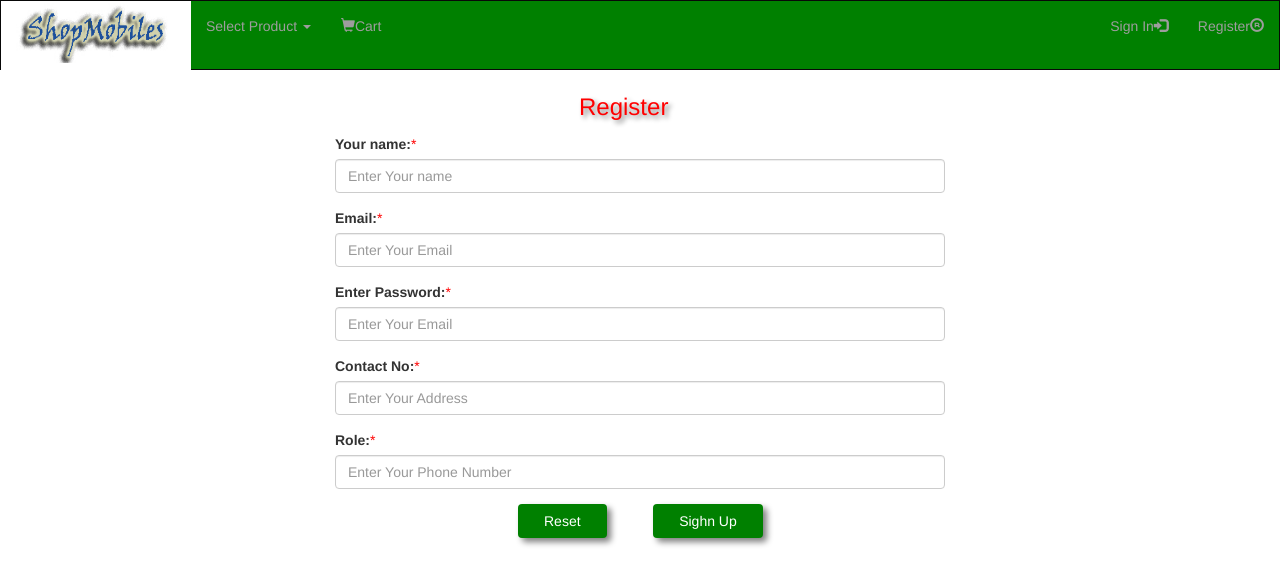
Repository: KoustabhBiswas/Final-Ecommerce-Project
Page: http://localhost/ecommerce1/WEB-INF/views/register.jsp
An editor plug-in stored every save of this project. The page is shown before and after the next save, followed by the edit.
The browser window is 1280 px wide. The pictures show the whole page.
Some web libraries are served in a nearby version. The page is served by Tomcat 9. Nobody is signed in. Other server files are loaded and not shown. The template is opened directly, without the code that normally fills it, so the values that code supplies are empty.

Above is the page before, as saved 2017-09-17 12:18:10.

### Final Ecommerce Project/Ecommerce_Project-master/project/ecommerce1/src/main/webapp/WEB-INF/views/register.jsp
<%@ page language="java" contentType="text/html; charset=ISO-8859-1"
    pageEncoding="ISO-8859-1"%>
    <%@ taglib uri="http://www.springframework.org/tags/form" prefix="form" %>
<!DOCTYPE html PUBLIC "-//W3C//DTD HTML 4.01 Transitional//EN" "http://www.w3.org/TR/html4/loose.dtd">
<html>
<head>
<meta http-equiv="Content-Type" content="text/html; charset=ISO-8859-1">
<title>Insert title here</title>
<link rel="stylesheet"
	href="https://cdnjs.cloudflare.com/ajax/libs/font-awesome/4.7.0/css/font-awesome.min.css">

<link rel="stylesheet"
	href="https://maxcdn.bootstrapcdn.com/bootstrap/3.3.7/css/bootstrap.min.css">
<script
	src="https://ajax.googleapis.com/ajax/libs/jquery/3.2.1/jquery.min.js"></script>
<script
	src="https://maxcdn.bootstrapcdn.com/bootstrap/3.3.7/js/bootstrap.min.js"></script>
<style>
.btn{
	box-shadow:4px 4px 6px grey;
	margin-right: 10%;
	padding-right: 25px;
	padding-left: 25px;
	background-color: green;
	color: white;
}
.btn:hover{
	box-shadow:2px 2px 4px grey;
	background-color: blue;
}
</style>
</head>
<body>
<div class="container-fluid">
	<%@ include file="shared/navbar.jsp" %>
	<div class="row" >

  		<div class="col-md-6" style="margin-left: 25%; ">
  				<div><p style="color: red; margin-left: 40%; font-size: 24px; text-shadow: 3px 3px 5px grey; ">Register</p></div>

  			<form:form action="userSubmit" modelAttribute="registration" method="post" class="form-group">
  				<div class="form-group">
  				<form:input type="hidden" path="userId" />
  					<form:label path="userName">Your name:</form:label><span style="color: red">*</span>
  					<form:input type="text" name="uname" path="userName" class="form-control" placeholder="Enter Your name" />
  				</div>

  				<div class="form-group">
  					<form:label path="emailId">Email:</form:label><span style="color: red">*</span>
  					<form:input type="text" path="emailId" class="form-control" placeholder="Enter Your Email" />
  				</div>
				<div class="form-group">
  					<form:label path="password">Enter Password:</form:label><span style="color: red">*</span>
  					<form:input type="password" path="password" class="form-control" placeholder="Enter Your Email" />
  				</div>

  				<div class="form-group">
  					<form:label path="contactNo">Contact No:</form:label><span style="color: red">*</span>
  					<form:input type="text" path="contactNo" class="form-control" placeholder="Enter Your Address" />
  				</div>

  				<div class="form-group">
  					<form:label path="role">Role:</form:label><span style="color: red">*</span>
  					<form:input type="text" path="role" class="form-control" placeholder="Enter Your Phone Number" />
  				</div>



  				<div style="margin-left: 30% ">
  					<input type="reset" value="Reset" class="btn" style="">

  					<input type="submit" value="Sighn Up" class="btn" style="  padding-right: 25px; padding-left: 25px;">
  				</div>

  			</form:form>

  		</div>

  	</div>
  	</div>
</body>
</html>

### Final Ecommerce Project/Ecommerce_Project-master/project/ecommerce1/src/main/webapp/WEB-INF/views/shared/navbar.jsp
<%@ page language="java" contentType="text/html; charset=ISO-8859-1"
	pageEncoding="ISO-8859-1" isELIgnored="false"%>
<%@ taglib uri="http://www.springframework.org/security/tags"
	prefix="sec"%>
<%@ taglib uri="http://java.sun.com/jsp/jstl/core" prefix="c"%>

<style>
nav {
	background-color: #1b6d85;
}
</style>

<div class="row" style="border-bottom-style: none;">
	<nav class="navbar navbar-inverse"
		style="background-color: green; border-radius: 0px; color: white; height:70px">
		<div class="container-fluid">
			<div class="navbar-header" >
				<a class="navbar-brand" href="home" style="background-color:white; height:69px"><img
					src="<c:url value="/resources/images/shopmobiles4.jpg" />" height=60px width=160px style="margin-top:-8%"></a>
			</div>
			<ul class="nav navbar-nav">

				<li class="dropdown"><a class="dropdown-toggle"
					data-toggle="dropdown" href="#">Select Product <span
						class="caret"></span></a>
					<ul class="dropdown-menu">
						<li><a href="${pageContext.request.contextPath}/samsung">Samsung</a></li>
						<li><a href="${pageContext.request.contextPath}">Nokia</a></li>
						<li><a href="#">HTC</a></li>
					</ul></li>

				<li><a href="/ecommerce1/user/view/cart"><span
						class="glyphicon glyphicon-shopping-cart"></span>Cart</a></li>

			</ul>
			<ul class="nav navbar-nav navbar-right">
				<sec:authorize access="hasAuthority('Admin')">
					<li class="dropdown"><a class="dropdown-toggle"
						data-toggle="dropdown" href="#">Admin <span class="caret"></span></a>
						<ul class="dropdown-menu">
							<li><a href="admin/product">Product</a></li>
							<li><a href="admin/supplier">Supplier</a></li>

						</ul></li>
				</sec:authorize>
				<sec:authorize access="isAnonymous()">
					<li><a href="login">Sign In<span
							class="glyphicon glyphicon-log-in"></span></a></li>
				</sec:authorize>
				<sec:authorize access="isAuthenticated()">
					<li><a href="/ecommerce1/logout">LOGOUT</a><span>${name}</span></li>
				</sec:authorize>
				<li><a href="registerpage">Register<span
						class="glyphicon glyphicon-registration-mark"></span></a>${username}</li>
			</ul>
		</div>
	</nav>
</div>

After the next save:
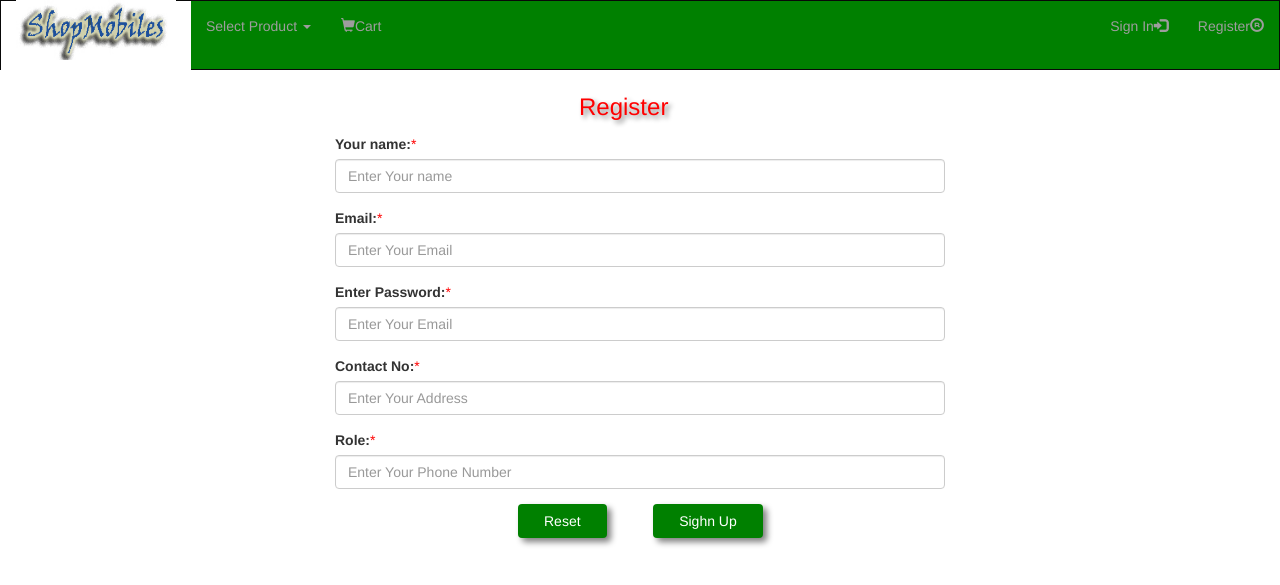
Saved 12 s later.
--- a/Final Ecommerce Project/Ecommerce_Project-master/project/ecommerce1/src/main/webapp/WEB-INF/views/shared/navbar.jsp
+++ b/Final Ecommerce Project/Ecommerce_Project-master/project/ecommerce1/src/main/webapp/WEB-INF/views/shared/navbar.jsp
@@ -16,7 +16,7 @@ nav {
 		<div class="container-fluid">
 			<div class="navbar-header" >
 				<a class="navbar-brand" href="home" style="background-color:white; height:69px"><img
-					src="<c:url value="/resources/images/shopmobiles4.jpg" />" height=60px width=160px style="margin-top:-8%"></a>
+					src="<c:url value="/resources/images/shopmobiles4.jpg" />" height=60px width=160px style="margin-top:-10%"></a>
 			</div>
 			<ul class="nav navbar-nav">
 
